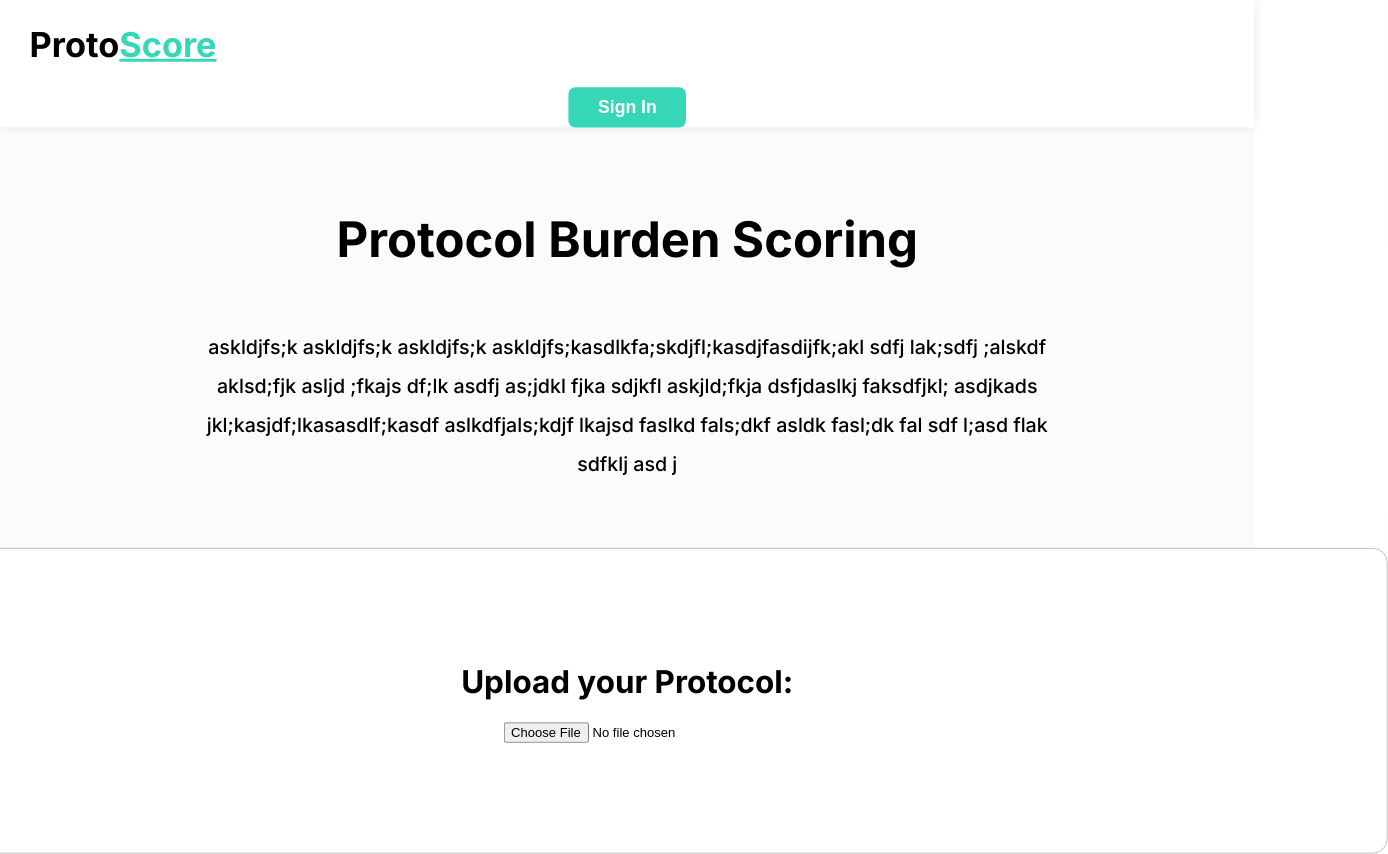
Repository: evanc108/Regeneron2024
Page: / (app in regeneron/)
The author's editor kept a copy of each file at every save. The page is drawn from the files as they stood at one save, then again after the next save.
The browser window is 1280 px wide. The page is 1416 px wide, so the pictures cover 1416 px, including what lies to the right of the window. The pictures show the whole page, at 98% of full size.
The project was rebuilt for these pictures with package versions that can differ from the ones it lists, and the page was loaded fresh each time.

Above is the page before, as saved 2024-05-14 02:48:59.

### regeneron/src/App.js
import './App.css';
import React, { useState } from 'react';
import Feedback from './pages/Feedback';


function App() {
  return (
    <div className="App">
      <div style={{backgroundColor: "white", width: "100%", padding: "0.2px", boxShadow: "0px 0px 10px rgba(0, 0, 0, 0.1)"}}>
        <h1 style={{ marginLeft: "30px", fontSize: "35px", textAlign: "left"}}>
          <span style={{color: "black"}}>Proto</span>
          <span style={{color: "#36d7b7", textDecoration: "underline"}}>Score</span>
        </h1>
        <button style={{ backgroundColor:"#36d7b7", border:"none", color:"white", padding:"10px 30px 10px 30px", borderRadius:"7px", fontSize:"18px", fontWeight:"bold"}}>Sign In</button>
      </div>


      {/* <input value={inputValue} onChange={handleChange}></input>
      <button onClick={sendRequest}>Click me</button>
      <div>
        <p>Physical Burden: {burden.physical}</p>
        <p>Logistical Burden: {burden.logistical}</p>
        <p>Financial: {burden.financial}</p>
        <p>Psychological Burden: {burden.psychological}</p>
      </div> */}
      <Feedback></Feedback>
    </div>
  );
}

export default App;

### regeneron/src/App.css
.App {
  text-align: center;
  background-color: #fbfbfb;
  margin: 0;
  height: 110vh;
}

body {
  font-family: 'Inter', sans-serif;
  margin: 0;
  padding: 0;
  height: 110vh;
}

.App-logo {
  height: 40vmin;
  pointer-events: none;
}

@media (prefers-reduced-motion: no-preference) {
  .App-logo {
    animation: App-logo-spin infinite 20s linear;
  }
}

.App-header {
  background-color: #282c34;
  min-height: 100vh;
  display: flex;
  flex-direction: column;
  align-items: center;
  justify-content: center;
  font-size: calc(10px + 2vmin);
  color: white;
}

.App-link {
  color: #61dafb;
}

@keyframes App-logo-spin {
  from {
    transform: rotate(0deg);
  }
  to {
    transform: rotate(360deg);
  }
}

### regeneron/src/pages/Feedback.js
import React, { useState } from 'react';
import '../styles/feedback.css';
import { handleExtraction } from '../openAIServices';
import { PropagateLoader } from 'react-spinners';

function Feedback() {
    const [fileUploaded, setFileUploaded] = useState(false);
    const [loading, setLoading] = useState(false);
    const [burden, setBurden] = useState({});
    const [pdfUrl, setPdfUrl] = useState("");

    const handleFileUpload = async (text) => {
        setLoading(true);
        // Uncomment and use when API is connected
        // const response = await handleExtraction(text);
        // setBurden(response);
        setFileUploaded(true);
        setLoading(false);
    };

    function extractText(event) {
        const file = event.target.files[0];
        if (file) {
            const url = URL.createObjectURL(file);
            setPdfUrl(url);
            setFileUploaded(true);

            const reader = new FileReader();
            reader.onload = async (e) => {
                const text = await reader.result;
                console.log(text);
                handleFileUpload(text);
            };
            reader.readAsText(file);
        }
    }

    return (
        <div className="feedback-container">
            {!fileUploaded && (
                <div style={{display:"flex", flexDirection:"column", justifyContent:"center", alignItems:"center", marginTop:"5%"}}>
                    <div className="onboarding">
                        <h1 style={{fontSize:"50px", marginBottom:"40px"}}>Protocol Burden Scoring</h1>
                        <p style={{textOverflow: "ellipsis", whiteSpace: "normal", width: "900px", lineHeight:"40px"}}>
                            askldjfs;k askldjfs;k askldjfs;k askldjfs;kasdlkfa;skdjfl;kasdjfasdijfk;akl sdfj lak;sdfj ;alskdf aklsd;fjk asljd ;fkajs df;lk asdfj as;jdkl fjka sdjkfl askjld;fkja dsfjdaslkj faksdfjkl; asdjkads jkl;kasjdf;lkasasdlf;kasdf aslkdfjals;kdjf lkajsd faslkd fals;dkf asldk fasl;dk fal sdf l;asd flak sdfklj asd j</p>
                    </div>
                    <div className='upload-file'>
                        {!fileUploaded && !loading && (
                            <div>
                                <h1>Upload your Protocol:</h1>
                                <input
                                    type="file"
                                    accept=".pdf"
                                    onChange={extractText}
                                />
                            </div>
                        )}
                        {loading && (
                            <div style={{ marginTop: "30px" }}>
                                <h2>Calculating Burden...</h2>
                                <PropagateLoader color="#36d7b7" />
                            </div>
                        )}
                    </div>
                </div>
            )}

            {fileUploaded && !loading && (
                <div className="protocol-container">
                    <div className="iframe-container">
                        <iframe src={pdfUrl} style={{ width: '100%', height: '100%' }}></iframe>
                    </div>
                </div>
            )}
            {fileUploaded && !loading && (
                <div className="score-container">
                    <div>
                        <p style={{ fontSize: '17px', fontWeight: '300', marginBottom: '-3px' }}>Burden Score</p>
                        <span style={{ fontSize: '50px', fontWeight: '600' }}>{burden.score || 'N/A'}</span>
                    </div>
                </div>
            )}
        </div>
    );
}

export default Feedback;

### regeneron/src/styles/feedback.css
.feedback-container {
    display: flex;
    flex-direction: row;
    justify-content: center;
    margin-top: -2.5%;
    align-items: center;
}

.onboarding {
    font-size: 20px;
    font-weight: 500;
    margin-top: 2%;
    display: flex;
    flex-direction: column;
    justify-content: center;
    align-items: center;
}

.upload-file {
    border-color: rgb(189, 189, 189);
    border-width: 1px;
    border-style: solid;
    padding-left: 100px;
    padding-right: 100px;
    width: 150%;
    height: 30vh;
    margin-top: 5%;
    border-radius: 15px;
    background-color: white;
    overflow: hidden;
    padding-top: 10.5%;
}

.protocol-container {
    border-color: rgb(189, 189, 189);
    border-width: 1px;
    border-style: solid;
    padding-left: 100px;
    padding-right: 100px;
    width: 40%;
    height: 68vh;
    margin-top: 5%;
    border-radius: 15px;
    background-color: white;
    overflow: hidden;
    padding-top: 10.5%;
}

.score-container {
    border-color: rgb(189, 189, 189);
    border-width: 1px;
    border-style: solid;
    padding: 100px;
    width: 10%;
    height: 65.3vh;
    margin-top: 5%;
    border-radius: 15px;
    background-color: white;
    margin-left: 30px;
}

.score {
    font-size: large;
}

.unique-score {
    font-size: 86px;
    font-weight: 500;
}


.iframe-container {
    top: -28%;
    width: 130%;
    left: -15%;
    height: 150%;  /* Adjust height as needed */
    overflow: hidden;
    position: relative;
}

Loaded but not shown: regeneron/public/index.html (common file); regeneron/src/index.js (common file); regeneron/src/openAIServices.js (no copy from this time; the picture is the same without it)

After the next save:
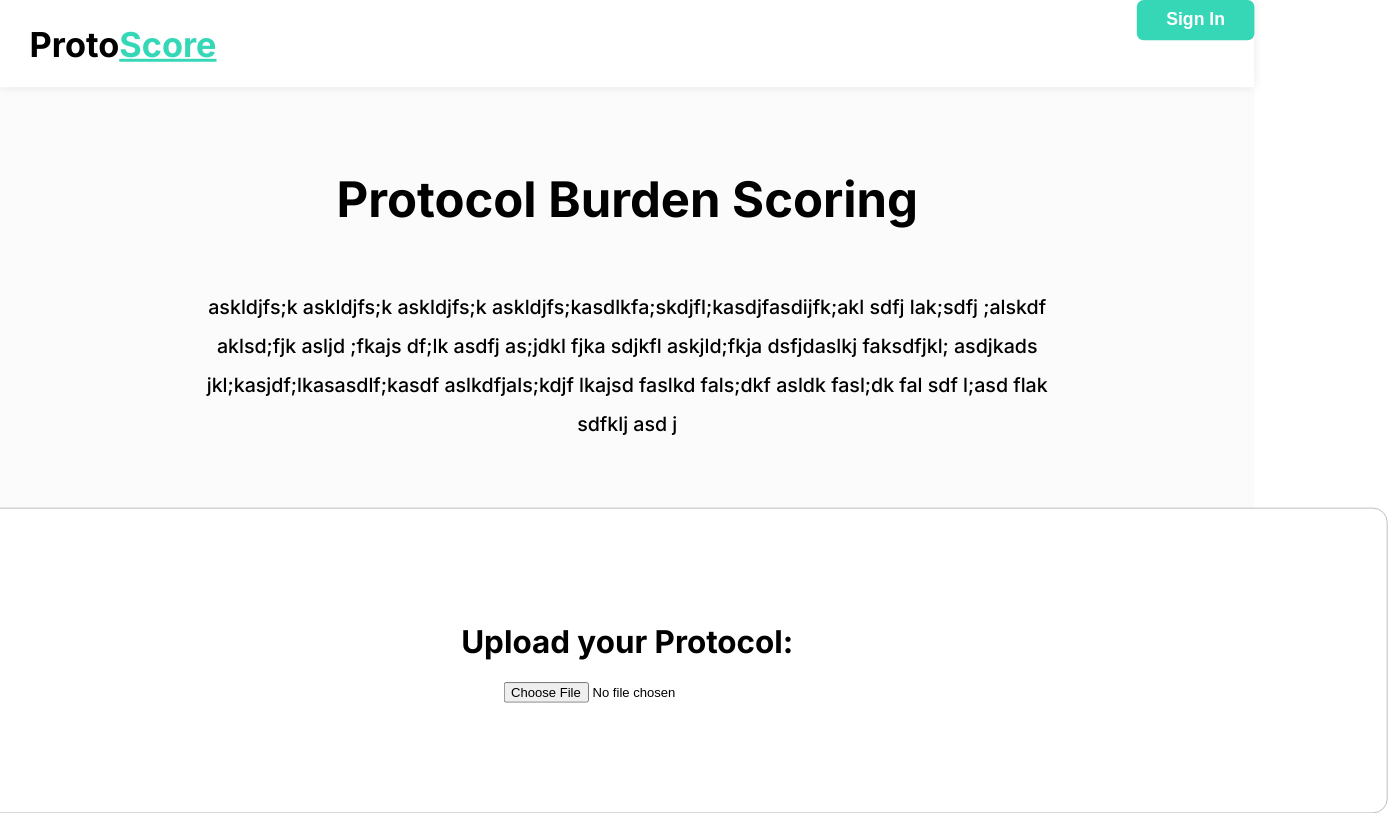
Saved 31 s later.
--- a/regeneron/src/App.js
+++ b/regeneron/src/App.js
@@ -11,7 +11,7 @@ function App() {
           <span style={{color: "black"}}>Proto</span>
           <span style={{color: "#36d7b7", textDecoration: "underline"}}>Score</span>
         </h1>
-        <button style={{ backgroundColor:"#36d7b7", border:"none", color:"white", padding:"10px 30px 10px 30px", borderRadius:"7px", fontSize:"18px", fontWeight:"bold"}}>Sign In</button>
+        <button style={{ backgroundColor:"#36d7b7", border:"none", color:"white", padding:"10px 30px 10px 30px", borderRadius:"7px", fontSize:"18px", fontWeight:"bold", position: "absolute", top: "0", right: "0" }}>Sign In</button>
       </div>
 
 
